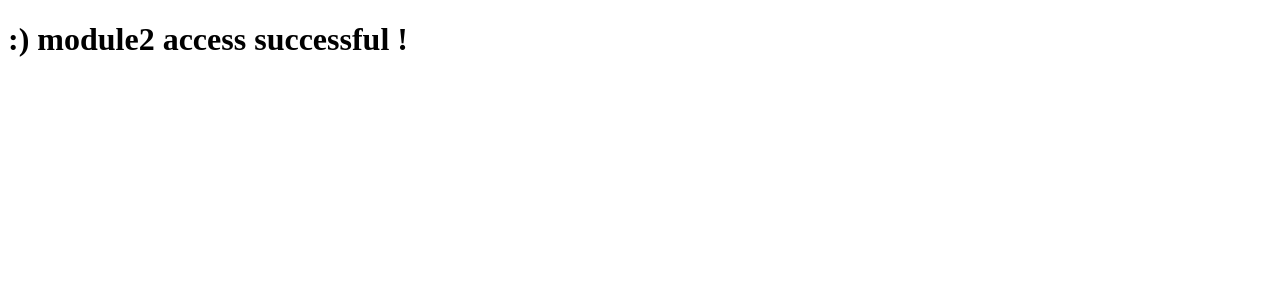
Repository: gao2951713/UsefulCompant
Page: http://localhost/subProject0002/src/META-INF/resources/view/project002/module21.jsp
These files come from the project's save history. The page is drawn as it stood at one moment and after the next save; the edit follows.
The browser window is 1280 px wide. The pictures show the whole page.
The page is served by Tomcat 9.

Above is the page before, as saved 2015-05-11 16:27:06.

After the next save:
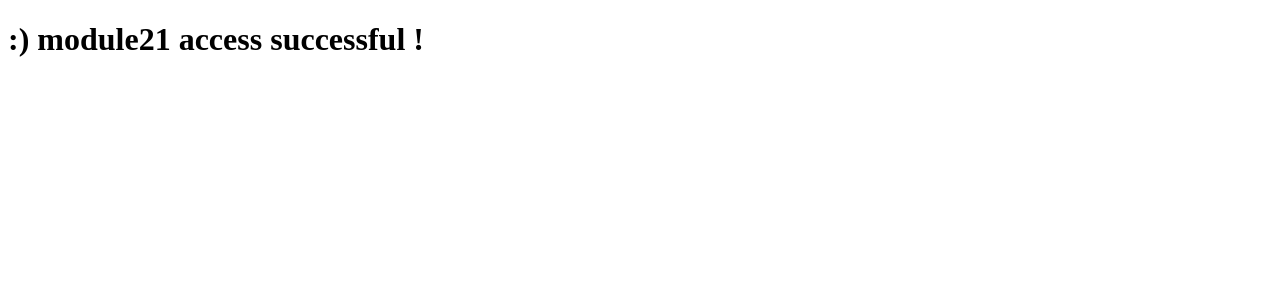
Saved 39 s later.
--- a/subProject0002/src/META-INF/resources/view/project002/module21.jsp
+++ b/subProject0002/src/META-INF/resources/view/project002/module21.jsp
@@ -5,6 +5,6 @@
 		<title>this is a test page for sub module</title>
 	</head>
 	<body>
-	<h1> :) module2 access successful !</h1>
+	<h1> :) module21 access successful !</h1>
 	</body>
 </html>
